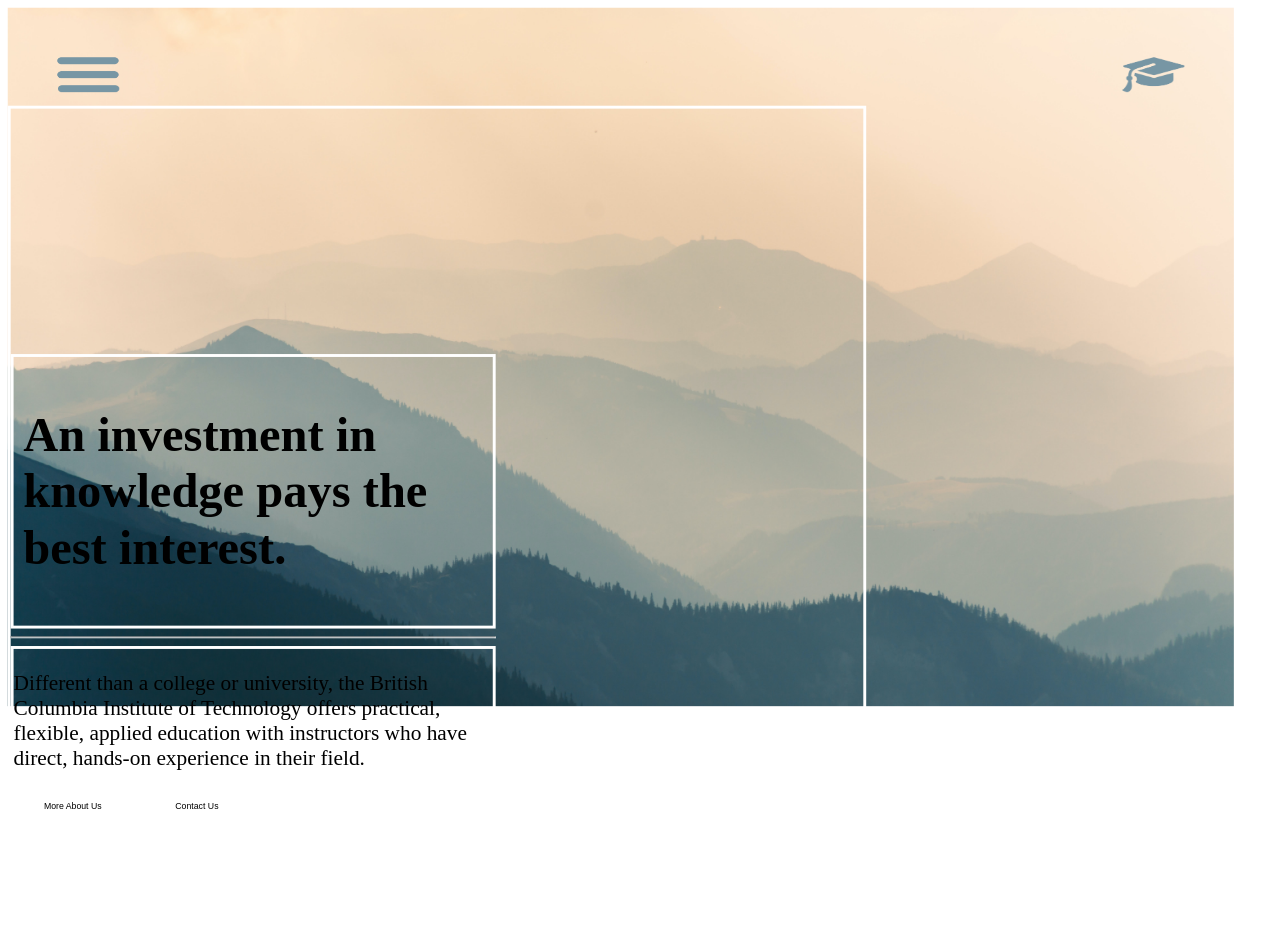
Repository: sierralaurent/MDIA2109-Assignment01
Page: /
The author's editor kept a copy of each file at every save. The page is drawn from the files as they stood at one save, then again after the next save.
The browser window is 1280 px wide. The page is 1309 px wide, so the pictures cover 1309 px, including what lies to the right of the window. The pictures show the whole page, at 97% of full size.
The project was rebuilt for these pictures with package versions that can differ from the ones it lists, and the page was loaded fresh each time. The framework's server and built-in components were replaced by stand-ins that run in the browser. Also part of the build but not shown: next.config.js.

Above is the page before, as saved 2023-02-05 12:51:34.

After the next save:
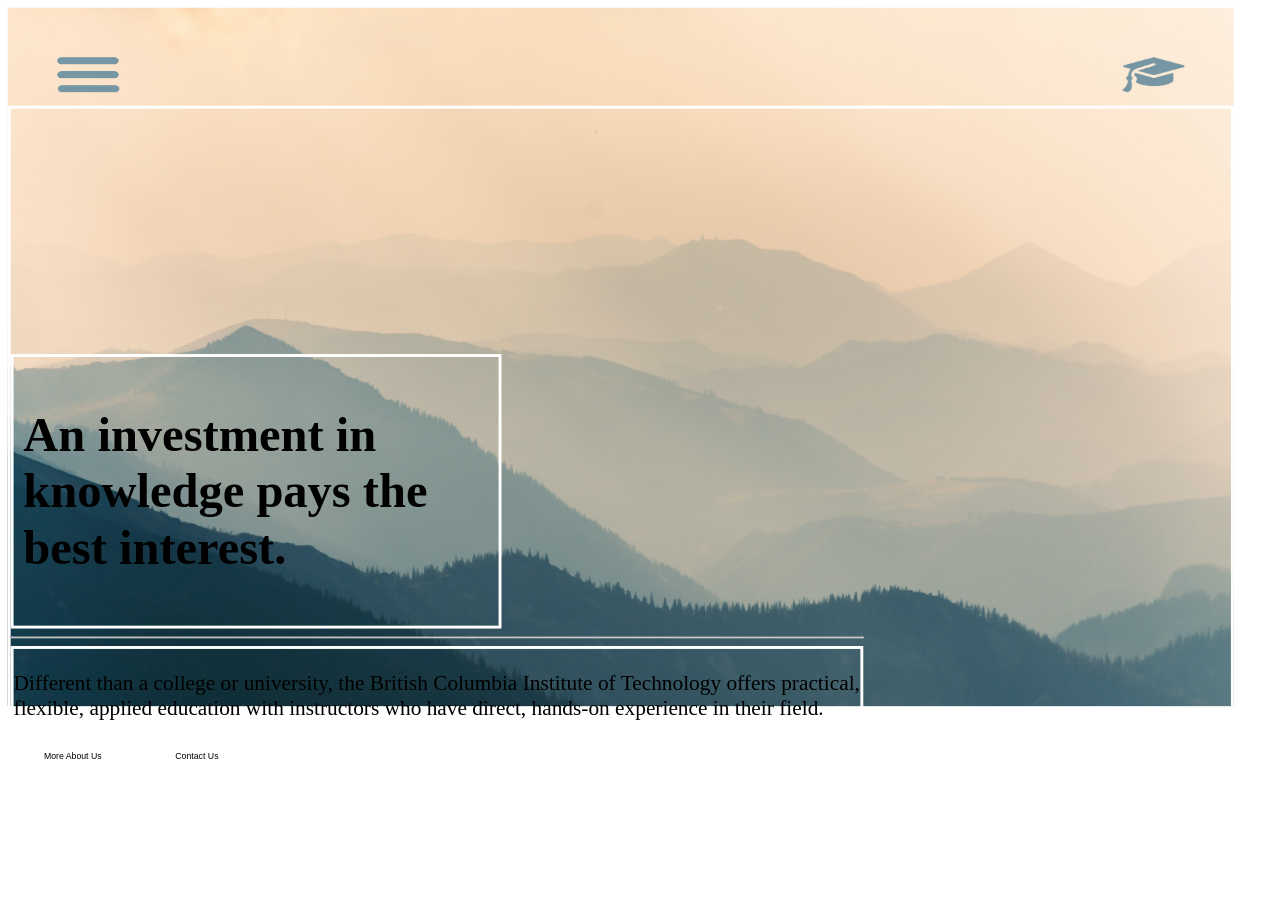
Saved 11 s later.
--- a/styles/Home.module.css
+++ b/styles/Home.module.css
@@ -97,7 +97,7 @@
 
 /* Desktop */
 @media only screen and (min-width: 1000px) {
-    .middle {
+    .intro {
       max-width: 500px;
     }
 }
